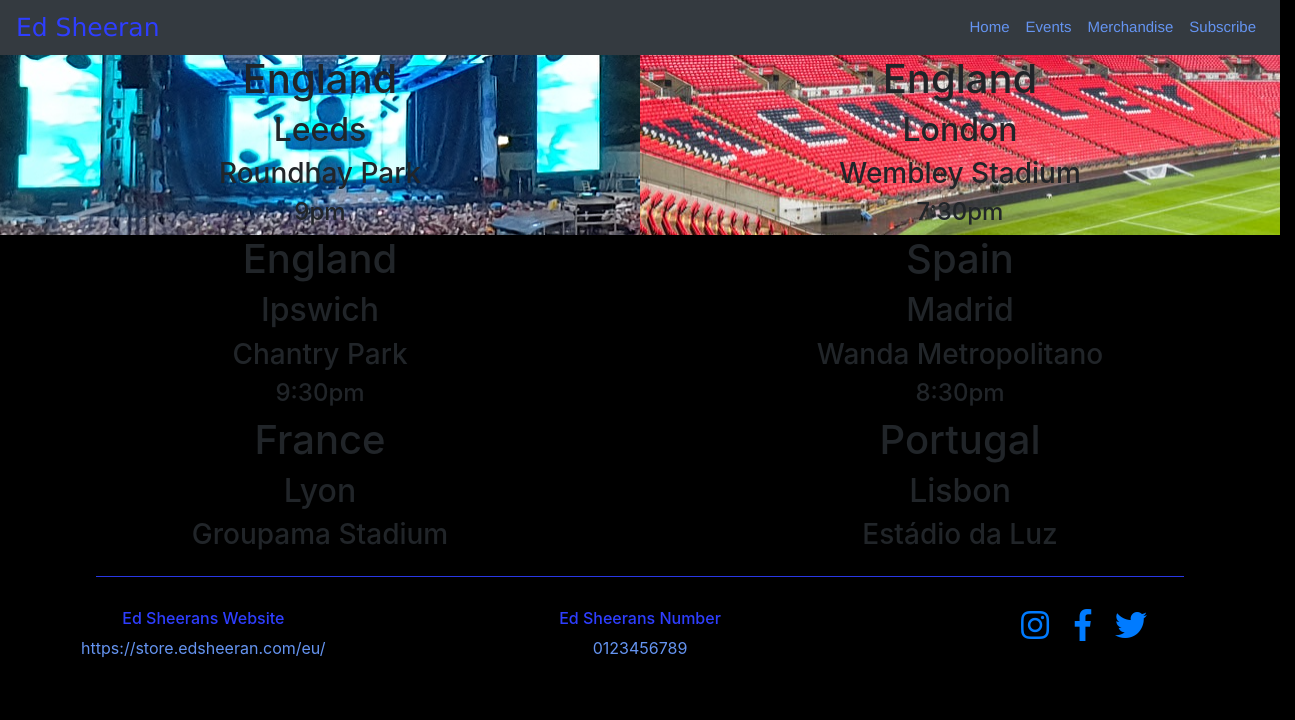
Repository: amit238/milestone-project-1
Page: events.html
The author's editor kept a record of every edit. The page is drawn from the files as they stood at one moment, then again after the next edit.
The browser window is 1280 px wide. The page is 1295 px wide, so the pictures cover 1295 px, including what lies to the right of the window. The pictures show the whole page.
Some web libraries are served in a nearby version.

Above is the page before.

After the next edit:
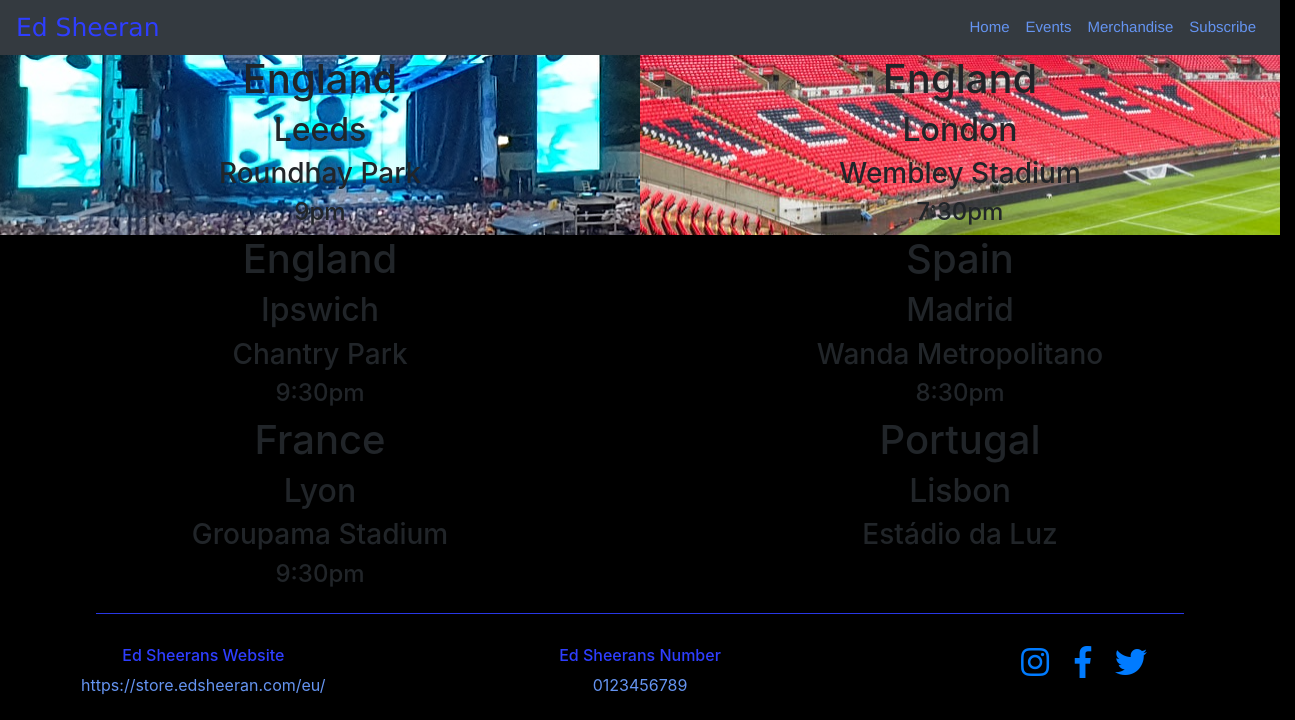
The edit:
--- a/events.html
+++ b/events.html
@@ -69,6 +69,7 @@
         <h1>France</h1>
         <h2>Lyon</h2>
         <h3>Groupama Stadium</h3>
+        <h4>9:30pm</h4>
         </div>
       </div>
       <div class="col-12 col-md-6 events-lisbon">
